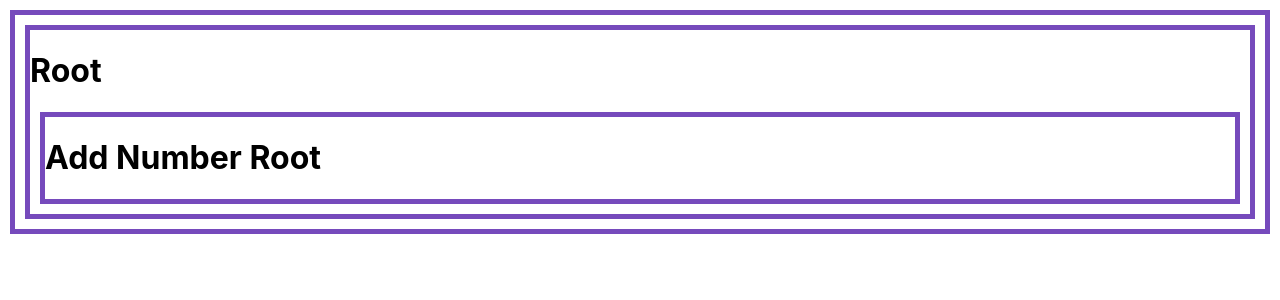
Repository: kyh5270/workspace_react
Page: /
An editor plug-in stored every save of this project. The page is shown before and after the next save, followed by the edit.
The browser window is 1280 px wide. The pictures show the whole page.
The project was rebuilt for these pictures with package versions that can differ from the ones it lists, and the page was loaded fresh each time.

Above is the page before, as saved 2020-09-15 22:27:04.

After the next save:
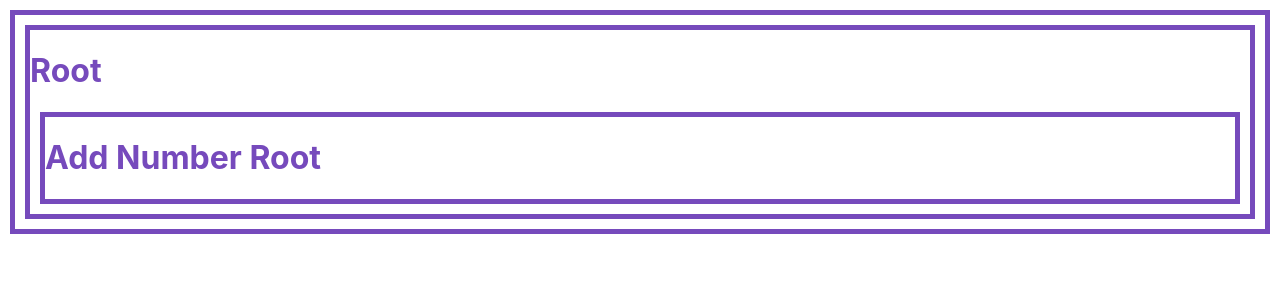
Saved 18 s later.
--- a/src/App.css
+++ b/src/App.css
@@ -1,4 +1,5 @@
 div{
   border:5px solid #764abc;
   margin:10px;
+  color:#764abc;
 }
